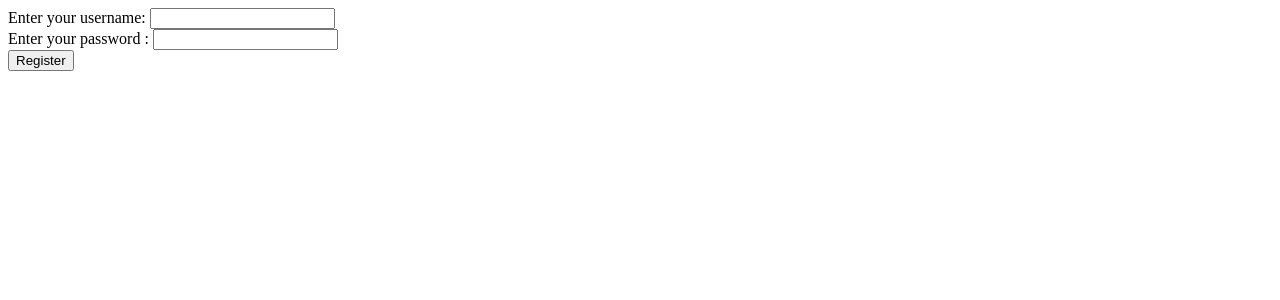
Repository: Bhuvanachandra28/Training
Page: http://localhost/Servletjspdb/jsppages/signup.jsp
These files come from the project's save history. The page is drawn as it stood at one moment and after the next save; the edit follows.
The browser window is 1280 px wide. The pictures show the whole page.
The page is served by Tomcat 9. Other server files are loaded and not shown.

Above is the page before, as saved 2022-08-16 04:19:04.

### Servletjspdb/WebContent/jsppages/signup.jsp
<%@ page language="java" contentType="text/html; charset=ISO-8859-1"
    pageEncoding="ISO-8859-1"%>
<!DOCTYPE html>
<html>
<head>
<meta charset="ISO-8859-1">
<title>Insert title here</title>
</head>
<body>
<form action="${pageContext.request.contextPath }/LoginController" method="post">
     Enter your username: <input type = "text" name="username"/><br>
     Enter your password : <input type = "text" name="password"/><br>

     <input type = "submit" value = "Register" />
  </form>
</body>
</html>

After the next save:
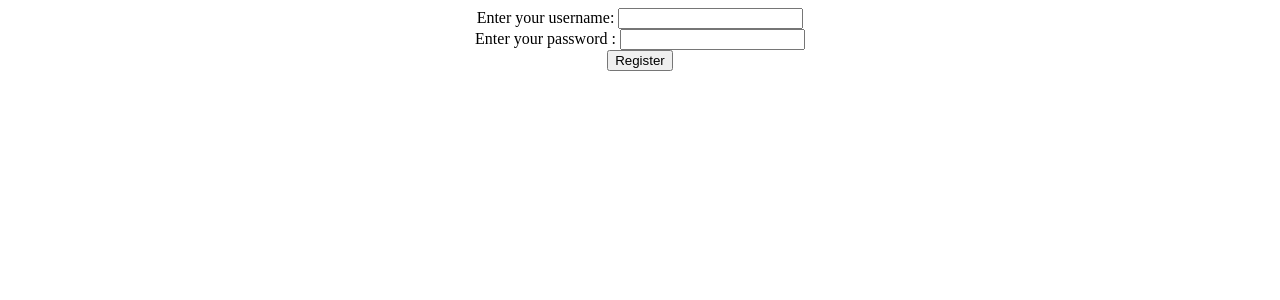
Saved 34 s later.
--- a/Servletjspdb/WebContent/jsppages/signup.jsp
+++ b/Servletjspdb/WebContent/jsppages/signup.jsp
@@ -7,6 +7,7 @@
 <title>Insert title here</title>
 </head>
 <body>
+<div align="center">
 <form action="${pageContext.request.contextPath }/LoginController" method="post">
      Enter your username: <input type = "text" name="username"/><br>
      Enter your password : <input type = "text" name="password"/><br>
